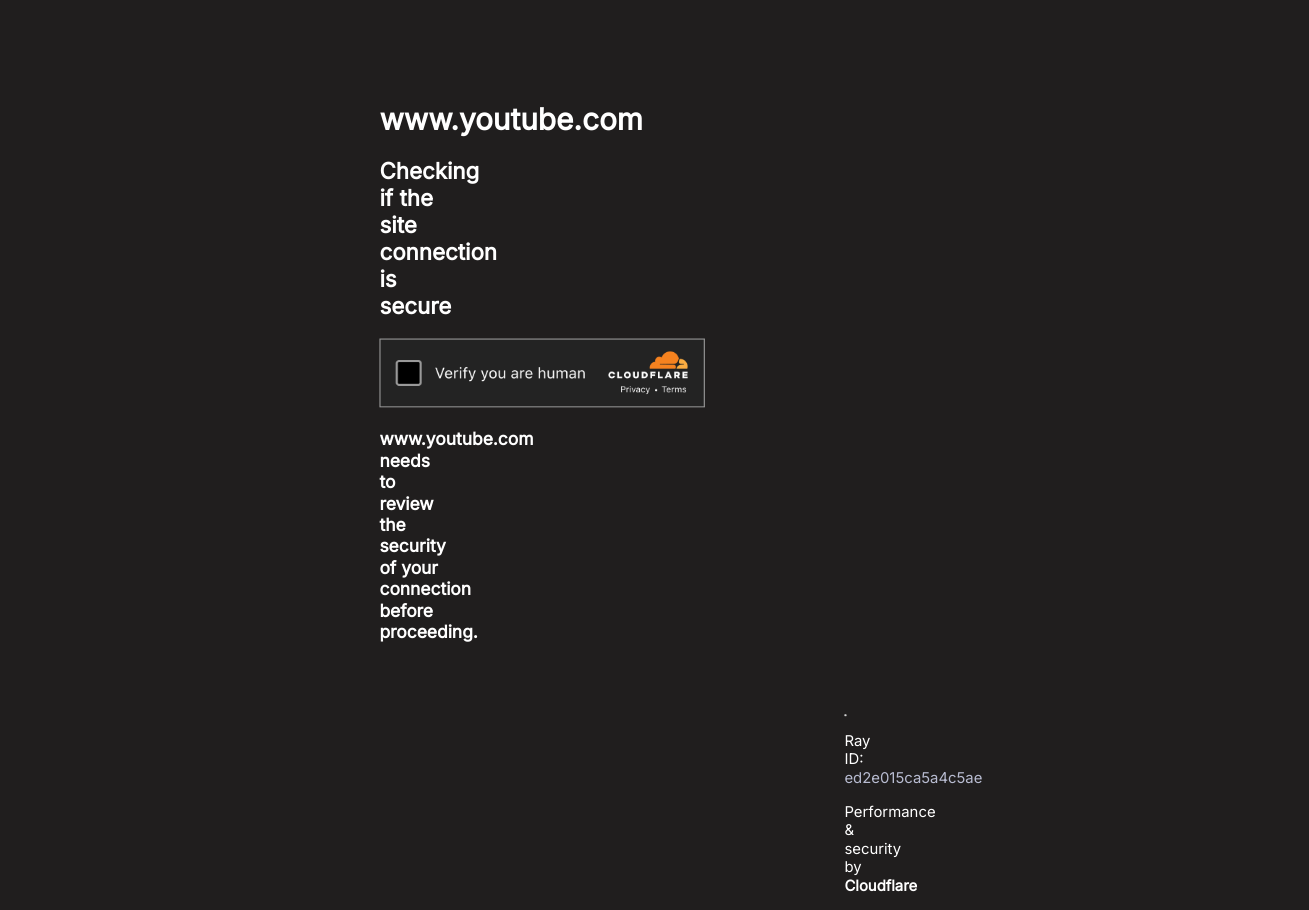
Repository: estech321/CAPTCHA-RickRoll
Page: index.html
These files come from the project's save history. The page is drawn as it stood at one moment and after the next save; the edit follows.
The browser window is 1280 px wide. The page is 1408 px wide, then 1280 px, so the pictures cover 1408 px, including what lies to the right of the window. The pictures show the whole page, at 93% of full size.

Above is the page before, as saved 2023-12-29 23:56:59.

### index.html
<!DOCTYPE html>
<html>
<head>
    <meta charset="UTF-8" />
    <title>Just a moment...</title>
    <link rel="preconnect" href="https://fonts.googleapis.com">
    <link rel="preconnect" href="https://fonts.gstatic.com" crossorigin>
    <link href="https://fonts.googleapis.com/css2?family=Inter&display=swap" rel="stylesheet">
    <style>
        body {
            font-family: 'Inter', sans-serif;
            color: rgb(255, 255, 255);
            background-color: #201E1E;
            padding-right: 400px;
            padding-left: 400px;
        }
        main {
            padding-top: 80px;
            padding-right: 400px;
            padding-bottom: 50px;
        }
        footer {
            padding-right: 500px;
            padding-left: 500px;

        }
        blue {
            color: #B8BCD1;
        }
        /* Solid border */
        hr.solid {
        border-top: 1px solid #bbb;
        }
    </style>
</head>
<body>
    <main>
        <h1>www.youtube.com</h1>
        <h2>Checking if the site connection is secure</h2>
        <a href="https://bit.ly/rryt"><img src="verify.png" width="350" height="auto"/></a>
        <h3>www.youtube.com needs to review the security of your connection before proceeding.</h3>
    </main>
    <footer>
        <center>
            <hr class="solid">
            <p>Ray ID: <blue>ed2e015ca5a4c5ae</blue></p>
            <p>Performance & security by <strong>Cloudflare</strong></p>
        </center>
    </footer>
</body>
</html>

After the next save:
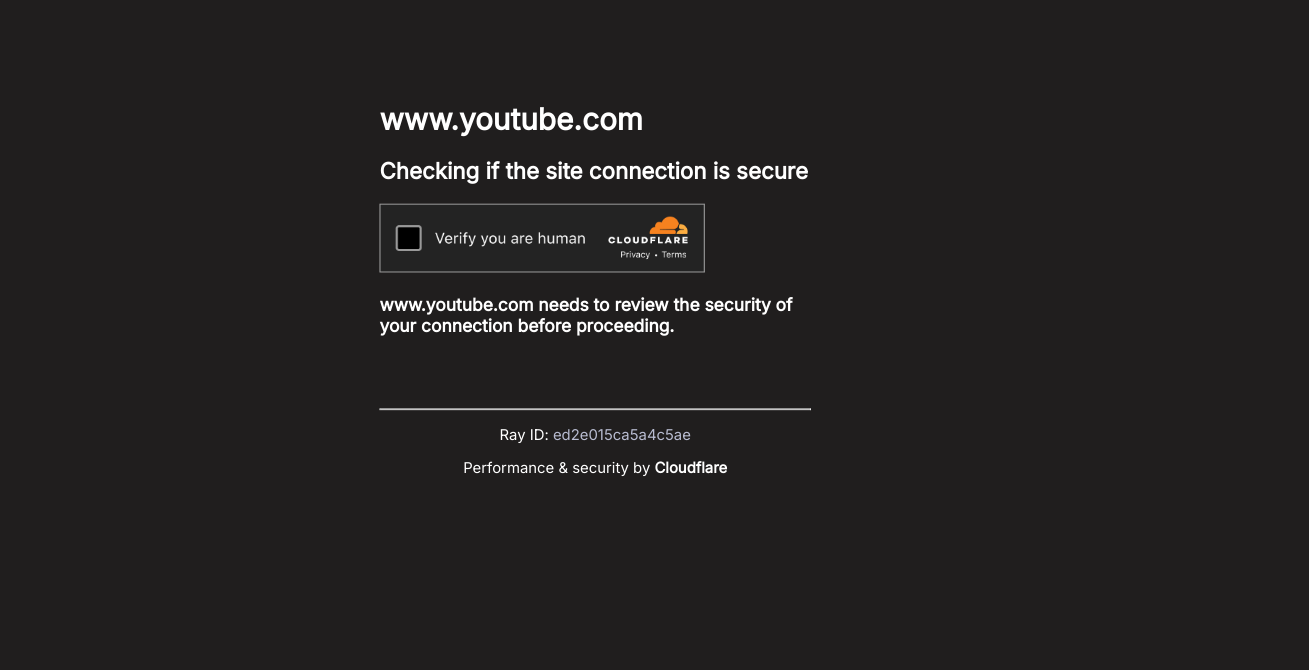
Saved 7 s later.
--- a/index.html
+++ b/index.html
@@ -16,12 +16,10 @@
         }
         main {
             padding-top: 80px;
-            padding-right: 400px;
             padding-bottom: 50px;
         }
         footer {
-            padding-right: 500px;
-            padding-left: 500px;
+
 
         }
         blue {
